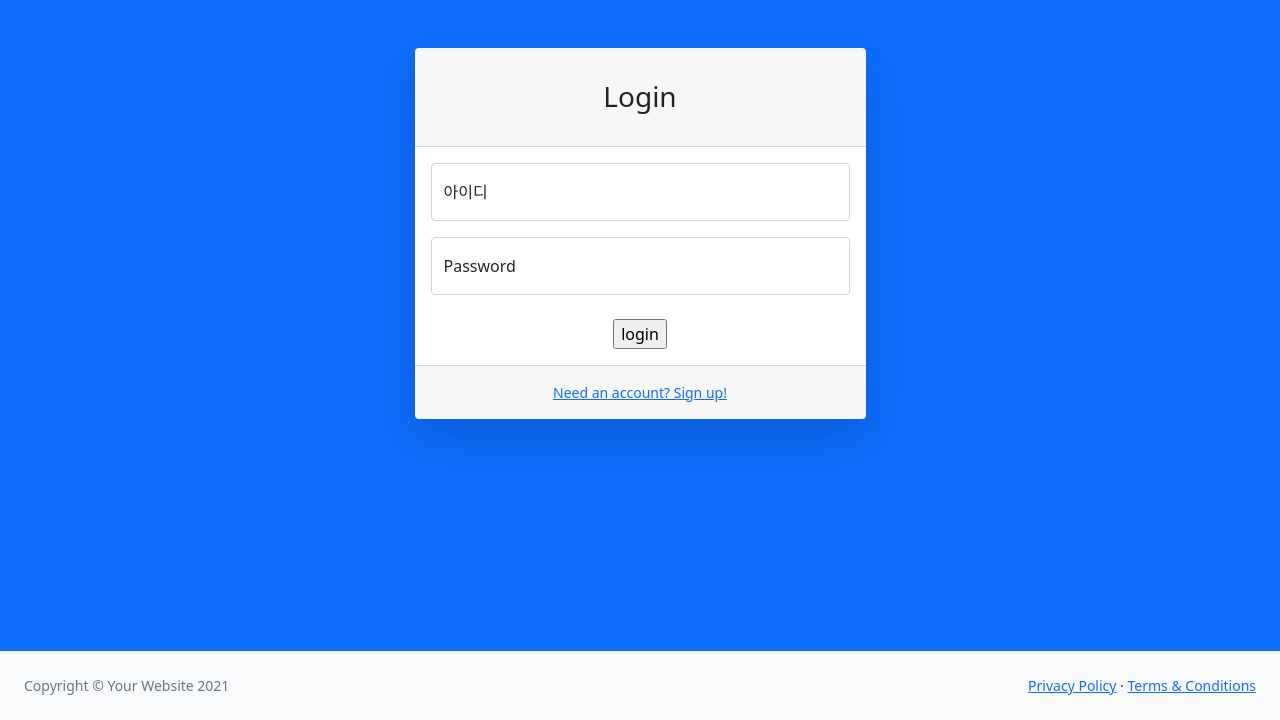
Repository: teq21/SDBSTOCK
Page: http://localhost/sdbstock/WEB-INF/view/user/login.jsp
These files come from the project's save history. The page is drawn as it stood at one moment and after the next save; the edit follows.
The browser window is 1280 px wide. The pictures show the whole page.
The page is served by Tomcat 9. Nobody is signed in. The template is opened directly, without the code that normally fills it, so the values that code supplies are empty.

Above is the page before, as saved 2021-06-15 11:58:16.

After the next save:
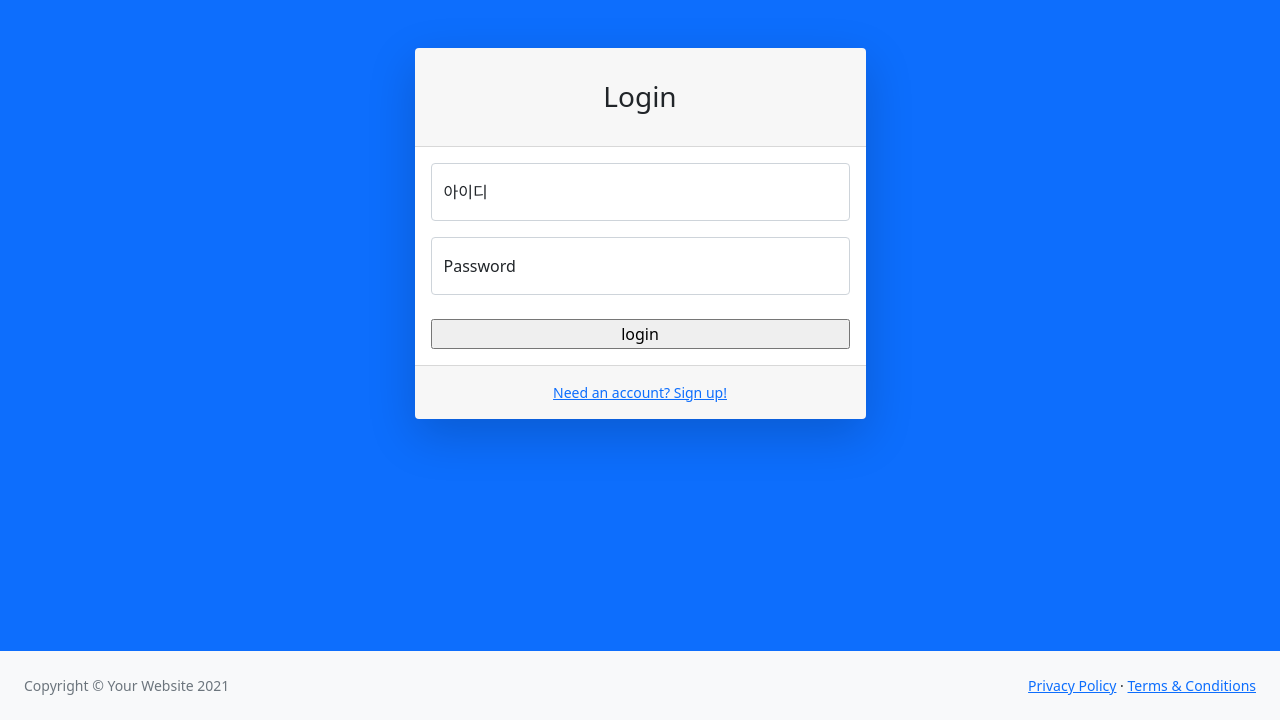
Saved 15 s later.
--- a/sdbstock/WebContent/WEB-INF/view/user/login.jsp
+++ b/sdbstock/WebContent/WEB-INF/view/user/login.jsp
@@ -34,7 +34,7 @@
 
                                             <div class="d-flex align-items-center justify-content-between mt-4 mb-0">
 
-                                               <input type="submit" value="login" style="text-align: center;margin: 0 auto;">
+                                               <input type="submit" value="login" style="text-align: center;margin: 0 auto;width: 100%;">
                                             </div>
                                         </form>
                                     </div>
